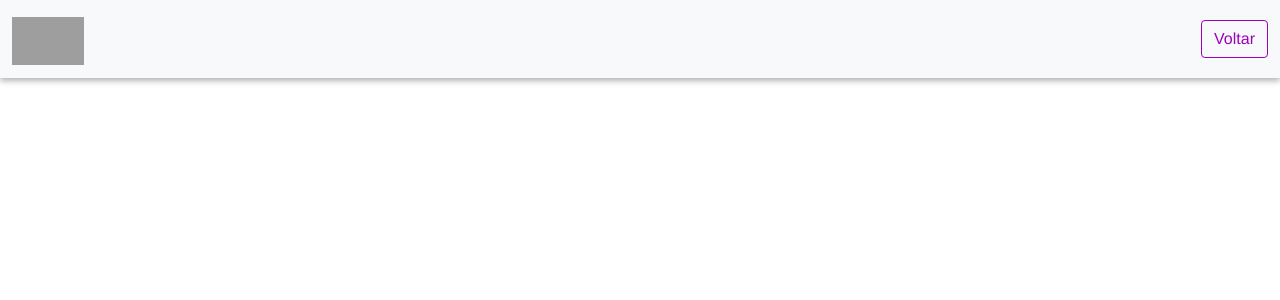
Repository: LuismGil/Countries-list
Page: /
These files come from the project's save history. The page is drawn as it stood at one moment and after the next save; the edit follows.
The browser window is 1280 px wide. The pictures show the whole page.
Pictures or frames that could not be fetched are drawn as grey boxes. The project was rebuilt for these pictures with package versions that can differ from the ones it lists, and the page was loaded fresh each time.

Above is the page before, as saved 2021-05-22 19:07:05.

### public/index.html
<!DOCTYPE html>
<html lang="">
  <head>
    <meta charset="utf-8">
    <meta http-equiv="X-UA-Compatible" content="IE=edge">
    <meta name="viewport" content="width=device-width,initial-scale=1.0">
    <link rel="icon" href="<%= BASE_URL %>favicon.ico">
    <link href="https://cdn.jsdelivr.net/npm/bootstrap@5.0.1/dist/css/bootstrap.min.css" rel="stylesheet" integrity="sha384-+0n0xVW2eSR5OomGNYDnhzAbDsOXxcvSN1TPprVMTNDbiYZCxYbOOl7+AMvyTG2x" crossorigin="anonymous">
    <title><%= htmlWebpackPlugin.options.title %></title>
  </head>
  <body>
    <noscript>
      <strong>We're sorry but <%= htmlWebpackPlugin.options.title %> doesn't work properly without JavaScript enabled. Please enable it to continue.</strong>
    </noscript>
    <div id="app"></div>
    <!-- built files will be auto injected -->
  </body>
</html>

### src/App.vue
<template>
  <div id="app">
    <mv-header />

  </div>
</template>

<script>
import MvHeader from './components/MvHeader.vue';

export default {
  name: 'App',
  components: {
    MvHeader,
  },
};
</script>

<style>
#app {
  color: #2c3e50;
  font-family: Avenir, Helvetica, Arial, sans-serif;
  -webkit-font-smoothing: antialiased;
  -moz-osx-font-smoothing: grayscale;
  text-align: center;
}
</style>

### src/components/MvHeader.vue
<template>
<div>
  <nav class="navbar navbar-light bg-light navbar-shadow">
  <div class="container-fluid">
    <a class="navbar-brand" href="#">
      <img src="https://mova.vc/img/footer_mova.svg" alt="Mova Logo" width="72" height="48" class="d-inline-block align-text-top">
    </a>
    <mv-button></mv-button>
  </div>
  </nav>
</div>
</template>

<script>
import MvButton from './MvButton.vue';

export default {
  name: 'MvHeader',
  components: {
    MvButton,
  },

};
</script>

<style>
.navbar-shadow {
  box-shadow: 0px 3px 6px 0px #b6b2b2;
}
</style>

### src/components/MvButton.vue
<template>
  <div>
    <button type="button" class="btn btn-outline btn-color">Voltar</button>
  </div>
</template>

<script>
export default {

};
</script>

<style>
.btn-color {
  border-color: rgb(155, 0, 186);
  color: rgb(155, 0, 186);
}

.btn-color:hover {
  color: #fff;
  background-color: rgb(155, 0, 186);
}

</style>

Loaded but not shown: src/main.js (common file)

After the next save:
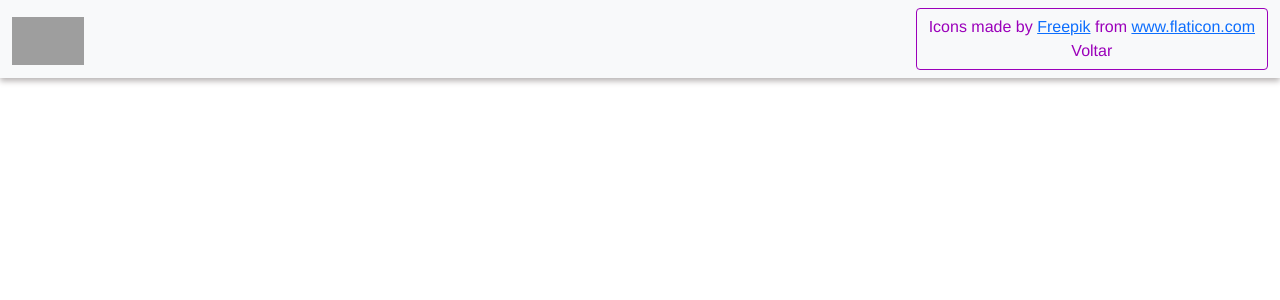
Saved 14 min 43 s later.
--- a/src/components/MvButton.vue
+++ b/src/components/MvButton.vue
@@ -1,6 +1,9 @@
 <template>
   <div>
-    <button type="button" class="btn btn-outline btn-color">Voltar</button>
+    <button type="button" class="btn btn-outline btn-color">
+     <div>Icons made by <a href="https://www.freepik.com" title="Freepik">Freepik</a> from <a href="https://www.flaticon.com/" title="Flaticon">www.flaticon.com</a></div>
+      Voltar
+      </button>
   </div>
 </template>
 

After the save that followed:
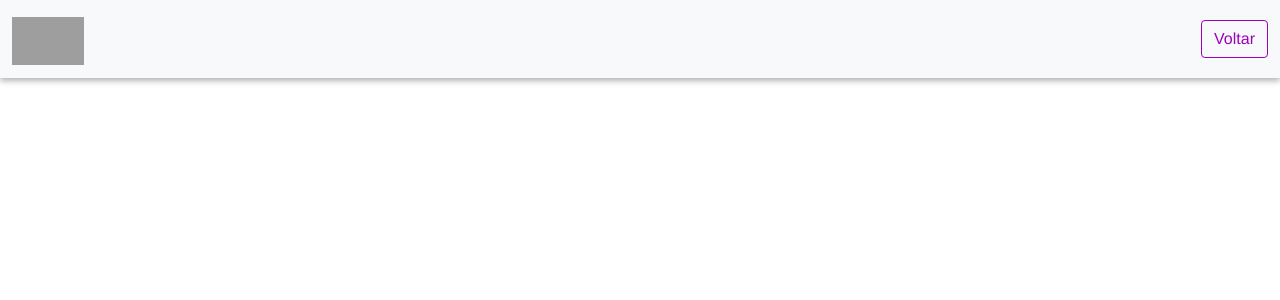
Saved 58 s later.
--- a/src/components/MvButton.vue
+++ b/src/components/MvButton.vue
@@ -1,7 +1,6 @@
 <template>
   <div>
     <button type="button" class="btn btn-outline btn-color">
-     <div>Icons made by <a href="https://www.freepik.com" title="Freepik">Freepik</a> from <a href="https://www.flaticon.com/" title="Flaticon">www.flaticon.com</a></div>
       Voltar
       </button>
   </div>
